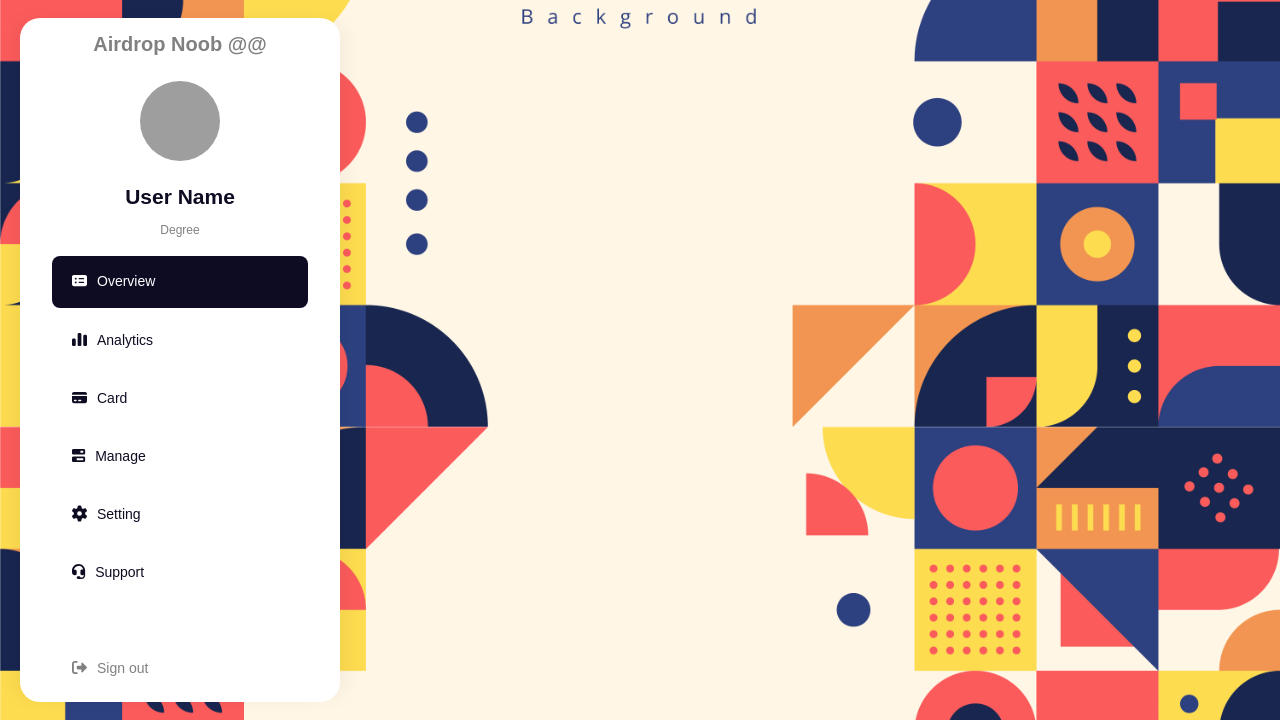
Repository: conGaStuer/airdropmamager
Page: /
An editor plug-in stored every save of this project. The page is shown before and after the next save, followed by the edit.
The browser window is 1280 px wide. The pictures show the whole page.
Pictures or frames that could not be fetched are drawn as grey boxes. The project was rebuilt for these pictures with package versions that can differ from the ones it lists, and the page was loaded fresh each time. The framework's server and built-in components were replaced by stand-ins that run in the browser. Also part of the build but not shown: next.config.ts.

Above is the page before, as saved 2025-05-25 20:02:28.

### src/app/layout.tsx
import type { Metadata } from "next";
import { Geist, Geist_Mono } from "next/font/google";
import "../styles/globals.css";
import "../lib/fontawesome";
const geistSans = Geist({
  variable: "--font-geist-sans",
  subsets: ["latin"],
});

const geistMono = Geist_Mono({
  variable: "--font-geist-mono",
  subsets: ["latin"],
});

export const metadata: Metadata = {
  title: "Create Next App",
  description: "Generated by create next app",
};

export default function RootLayout({
  children,
}: Readonly<{
  children: React.ReactNode;
}>) {
  return (
    <html lang="en">
      <body
        className={`${geistSans.variable} ${geistMono.variable} antialiased`}
      >
        {children}
      </body>
    </html>
  );
}

### src/app/page.tsx
import Link from "next/link";
import SideBar from "../components/SideBar";
export default function Home() {
  return (
    <div className="home">
      {/* <Link href="/airdrops">
        <button>Đi đến trang Airdrops</button>
      </Link> */}
      <SideBar />
    </div>
  );
}

### src/styles/globals.css
@tailwind base;
@tailwind components;
@tailwind utilities;

:root {
  --background: #ffffff;
  --foreground: #171717;
}

@media (prefers-color-scheme: dark) {
  :root {
    --background: #0a0a0a;
    --foreground: #ededed;
  }
}

body {
  color: var(--foreground);
  background: var(--background);
  font-family: Arial, Helvetica, sans-serif;
  background-image: url("../styles/bg.jpg");
  background-size: cover;
  background-position: center;
}

### src/lib/fontawesome.js
// src/lib/fontawesome.js
import { config } from "@fortawesome/fontawesome-svg-core";
import "@fortawesome/fontawesome-svg-core/styles.css";
config.autoAddCss = false; // ⛔️ Ngăn tự thêm CSS vì Next.js xử lý riêng

### src/components/SideBar.js
import React from "react";
import "../styles/sideBar.scss";
import { FontAwesomeIcon } from "@fortawesome/react-fontawesome";
import {
  faEdit,
  faTrash,
  faRectangleList,
  faChartSimple,
  faCreditCard,
  faBarsProgress,
  faGear,
  faHeadset,
  faRightFromBracket,
} from "@fortawesome/free-solid-svg-icons";

export default function SideBar() {
  return (
    <div className="side-bar">
      <div className="side-info">
        <h4>Airdrop Noob @@</h4>
        <div className="user-profile">
          <img src="/path/to/image.jpg" />
          <h4>User Name</h4>
          <p>Degree</p>
        </div>
      </div>
      <div className="side-menu">
        <div className="menu-element menu-element1">
          <FontAwesomeIcon icon={faRectangleList} className="icon" />
          <span>Overview</span>
        </div>
        <div className="menu-element">
          <FontAwesomeIcon icon={faChartSimple} className="icon" />
          <span>Analytics</span>
        </div>
        <div className="menu-element">
          <FontAwesomeIcon icon={faCreditCard} className="icon" />
          <span>Card</span>
        </div>
        <div className="menu-element">
          <FontAwesomeIcon icon={faBarsProgress} className="icon" />
          <span>Manage</span>
        </div>
        <div className="menu-element">
          <FontAwesomeIcon icon={faGear} className="icon" />
          <span>Setting</span>
        </div>
        <div className="menu-element">
          <FontAwesomeIcon icon={faHeadset} className="icon" />

          <span>Support</span>
        </div>
      </div>
      <div className="side-logout">
        <FontAwesomeIcon icon={faRightFromBracket} className="icon" />
        <span>Sign out</span>
      </div>
    </div>
  );
}

### src/styles/sideBar.scss
@mixin center-div {
  display: flex;
  flex-direction: column;
  justify-content: space-between;
  align-items: center;
}
@mixin no-space-text {
  margin: 0px;
  padding: 0px;
}
.side-bar {
  @include center-div();
  width: 25%;
  height: 95vh;
  position: fixed;
  top: 2.5%;
  left: 20px;
  border-radius: 20px;
  background-color: white;
  color: #808080;
  box-shadow: 10px 0 20px -5px rgba(0, 0, 0, 0.05),
    -10px 0 20px -5px rgba(0, 0, 0, 0.05);
  .icon {
    font-size: 15px;
    margin-right: 10px;
    position: relative;
    top: -1px;
  }
  .side-info {
    width: 80%;
    height: 34%;
    display: flex;
    flex-direction: column;
    justify-content: space-around;
    align-items: center;

    h4 {
      @include no-space-text();
      font-size: 20px;
      font-weight: bold;
    }
    .user-profile {
      width: 75%;
      height: 68%;
      @include center-div();

      img {
        width: 80px;
        height: 80px;
        border-radius: 50%;
      }
      h4 {
        font-size: 21px;
        font-weight: bold;
        @include no-space-text();
        position: relative;
        top: 5px;
        color: #0d0c22;
      }
      p {
        @include no-space-text();
        font-size: 12px;
        position: relative;
      }
    }
  }
  .side-menu {
    width: 80%;
    height: 50%;
    @include center-div();
    position: relative;
    top: -20px;
    .menu-element {
      width: 100%;
      height: 15%;
      background-color: white;
      border-radius: 8px;
      font-size: 14px;
      display: flex;
      align-items: center;
      padding: 20px;
      color: #0d0c22;
    }
    .menu-element1 {
      background-color: #0d0c22;
      color: white;
    }
  }
  .side-logout {
    width: 80%;
    height: 7%;
    display: flex;
    align-items: center;
    padding: 20px;
    margin-bottom: 10px;
    span {
      font-size: 14px;
    }
  }
}

Loaded but not shown: tailwind.config.ts (common file)

After the next save:
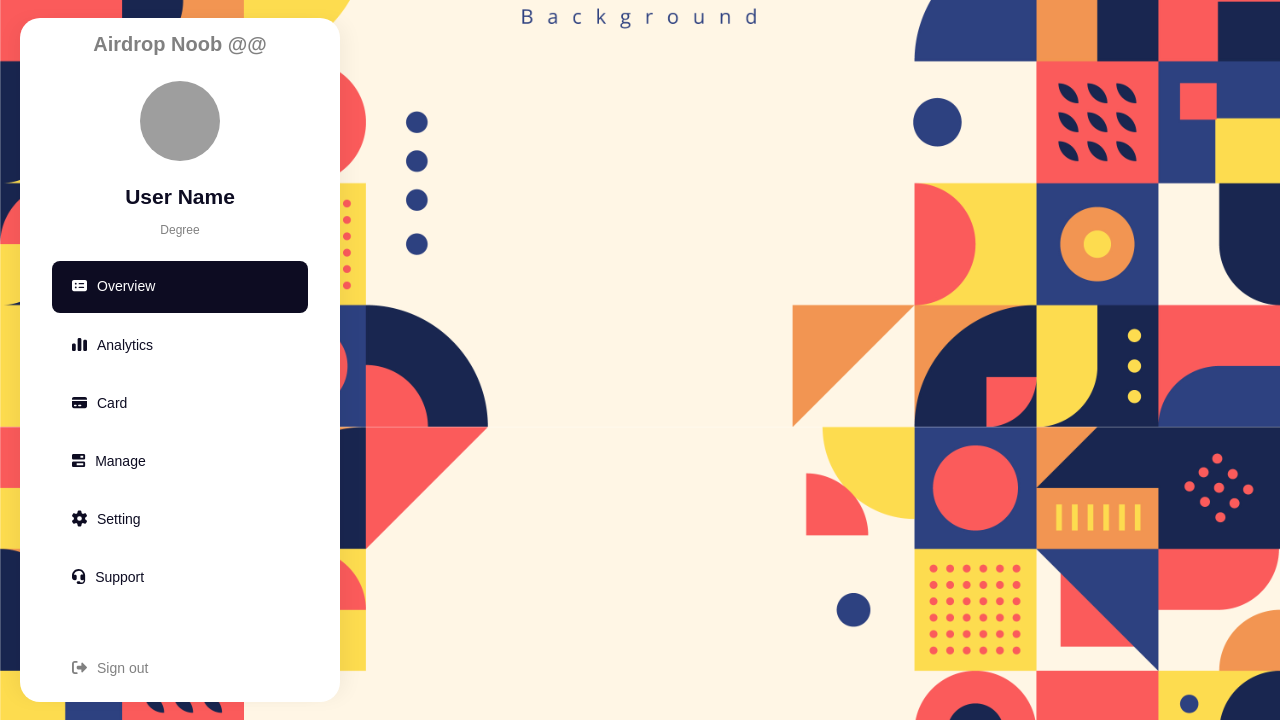
Saved 13 s later.
--- a/src/styles/sideBar.scss
+++ b/src/styles/sideBar.scss
@@ -69,7 +69,7 @@
     height: 50%;
     @include center-div();
     position: relative;
-    top: -20px;
+    top: -15px;
     .menu-element {
       width: 100%;
       height: 15%;
